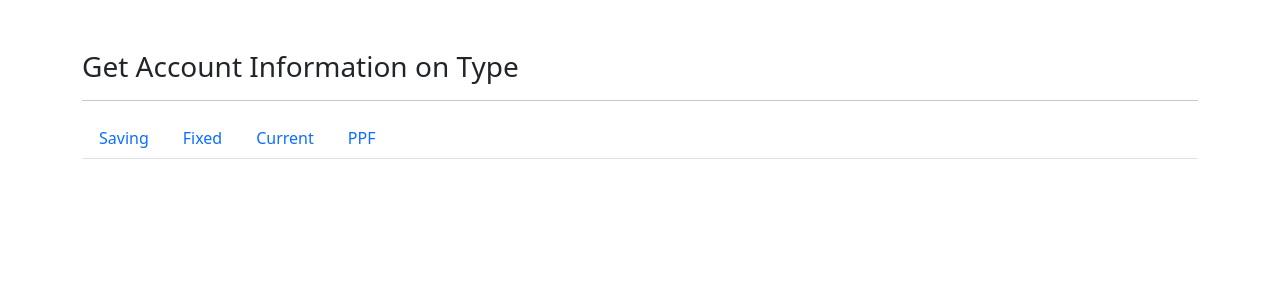
Repository: Kapil-06/My-Java-Projects
Page: AJAX Module/src/main/webapp/AccountTypeInfo.html
An editor plug-in stored every save of this project. The page is shown before and after the next save, followed by the edit.
The browser window is 1280 px wide. The pictures show the whole page.

Above is the page before, as saved 2023-06-16 15:58:40.

### AJAX Module/src/main/webapp/AccountTypeInfo.html
<!DOCTYPE html>
<html>
<head>
<meta charset="ISO-8859-1">
<title>AccountTypeInfo</title>
<link rel="stylesheet" href="bootstrap.min.css">
<script type="text/javascript">

        function createRequestObject() {
        var tmpXmlHttpObject;
        if (window.XMLHttpRequest) {
                tmpXmlHttpObject = new XMLHttpRequest();
        } else if (window.ActiveXObject) {
            tmpXmlHttpObject = new ActiveXObject("Microsoft.XMLHTTP");
        }

        return tmpXmlHttpObject;
    }


    var http = createRequestObject();

    function makeGetRequest(type) {

        http.open('get', 'SearchAccTypeReport.jsp?acctype=' + type);
        http.onreadystatechange = processResponse;
        http.send(null);
    }

    function processResponse() {
        if(http.readyState == 4){
            var response = http.responseText;
            document.getElementById('info').innerHTML = response;
        }
    }

</script>
</head>
<body style="margin-top: 50px;">
    <div class="container">
        <h3>Get Account Information on Type</h3>
        <hr>
        <ul class="nav nav-tabs">
            <li class="nav-item">
              <a class="nav-link" aria-current="page" href="javascript:makeGetRequest('saving')">Saving</a>
            </li>
            <li class="nav-item">
              <a class="nav-link" href="javascript:makeGetRequest('fixed')">Fixed</a>
            </li>
            <li class="nav-item">
              <a class="nav-link" href="javascript:makeGetRequest('current')">Current</a>
            </li>
            <li class="nav-item">
              <a class="nav-link" href="javascript:makeGetRequest('ppf')">PPF</a>
            </li>
        </ul>
        <br>
        <div id="info"></div>

    </div>
</body>
</html>

Loaded but not shown: AJAX Module/src/main/webapp/bootstrap.min.css (library)

After the next save:
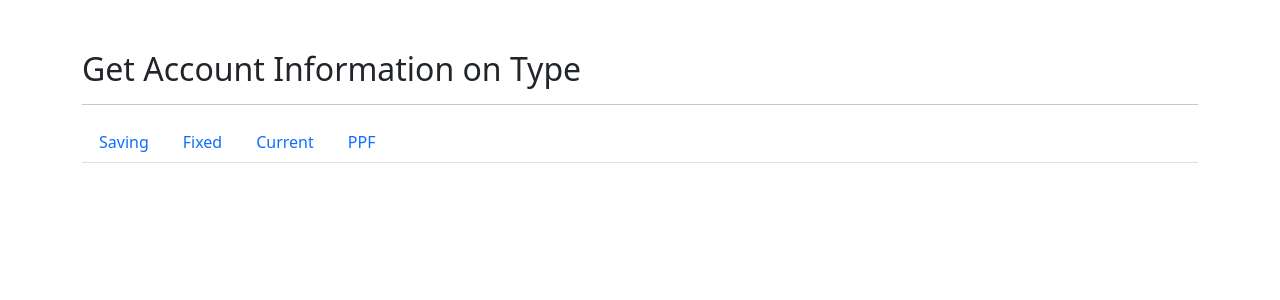
Saved 61 s later.
--- a/AJAX Module/src/main/webapp/AccountTypeInfo.html
+++ b/AJAX Module/src/main/webapp/AccountTypeInfo.html
@@ -38,7 +38,7 @@
 </head>
 <body style="margin-top: 50px;">
     <div class="container">
-        <h3>Get Account Information on Type</h3>
+        <h2>Get Account Information on Type</h2>
         <hr>
         <ul class="nav nav-tabs">
             <li class="nav-item">
